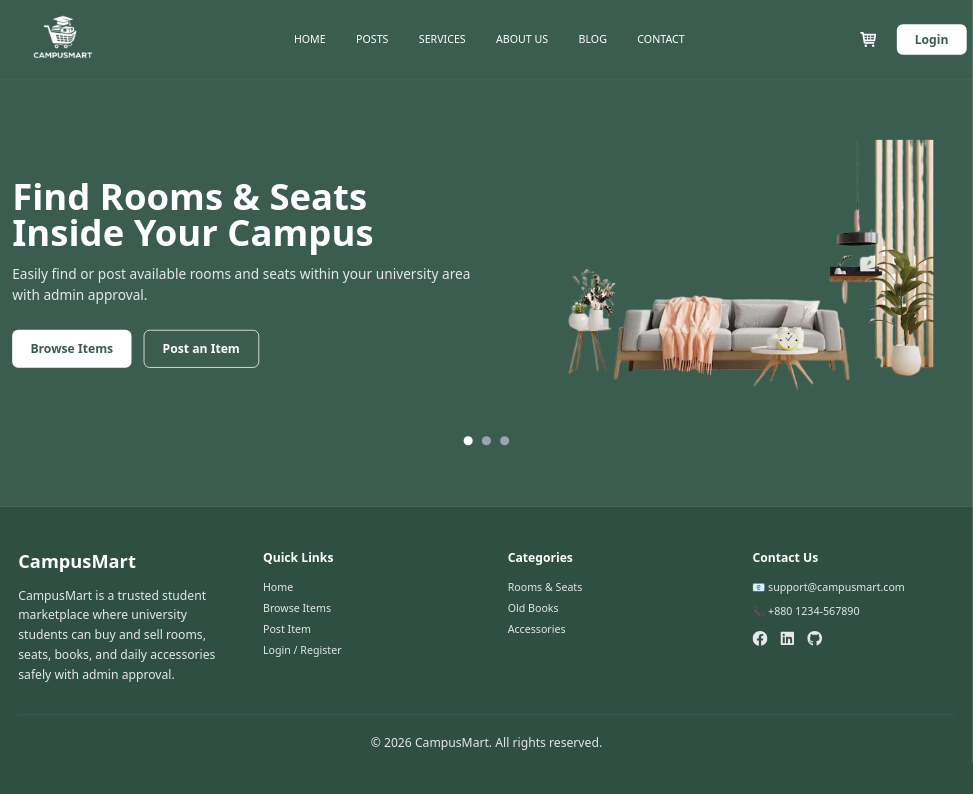
Repository: jahidhasanri/CAMPUSMART
Page: /
The author's editor kept a copy of each file at every save. The page is drawn from the files as they stood at one save, then again after the next save.
The browser window is 1280 px wide. The pictures show the whole page, at 76% of full size.
The project was rebuilt for these pictures with package versions that can differ from the ones it lists, and the page was loaded fresh each time. Also part of the build but not shown: vite.config.js.

Above is the page before, as saved 2026-01-12 23:22:24.

After the next save:
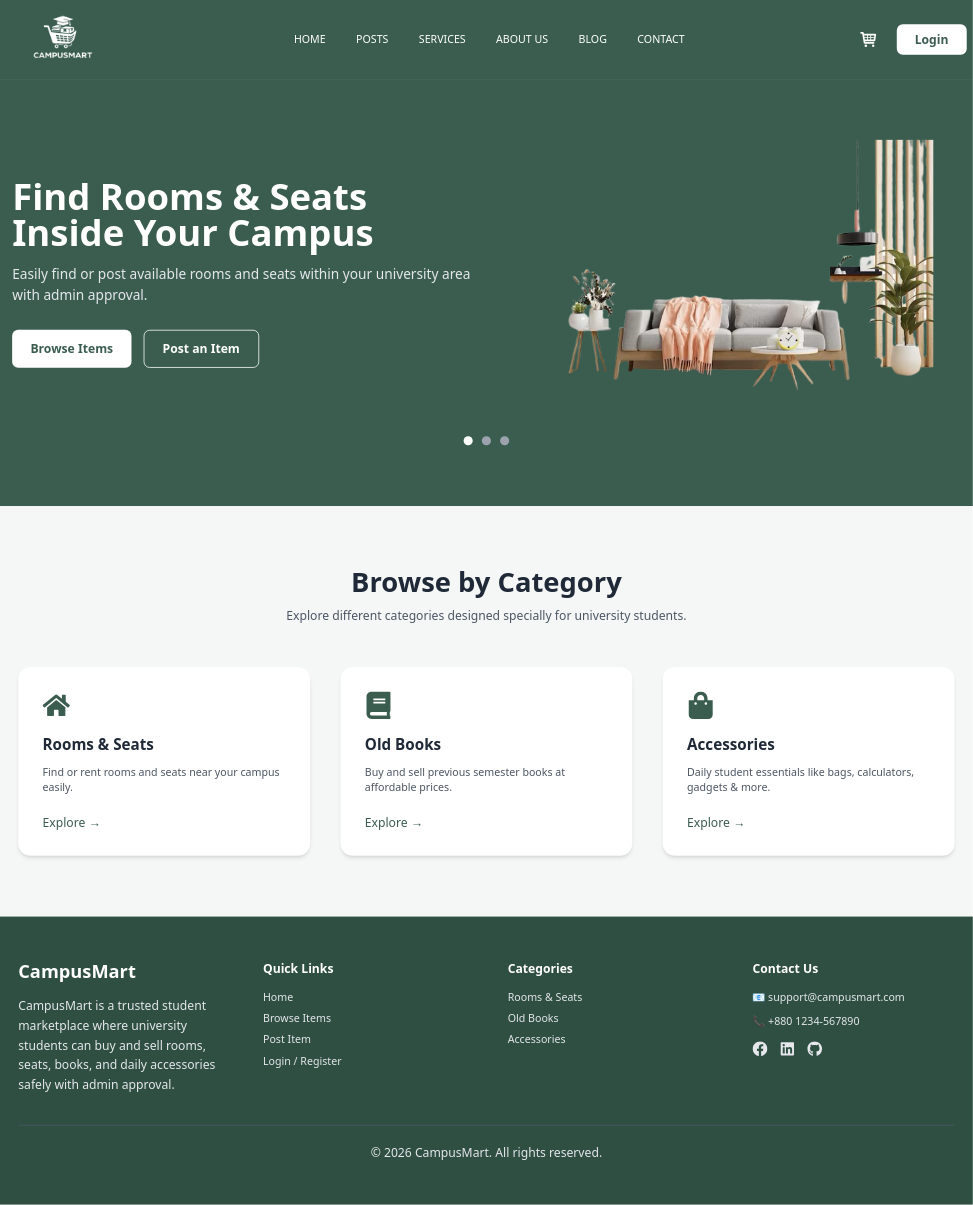
Saved 56 s later.
--- a/src/Pages/Home.jsx
+++ b/src/Pages/Home.jsx
@@ -1,10 +1,12 @@
 import React from 'react';
 import Banner from '../components/Banner';
+import Categories from '../components/Category';
 
 const Home = () => {
     return (
         <div>
             <Banner></Banner>
+            <Categories></Categories>
         </div>
     );
 };
